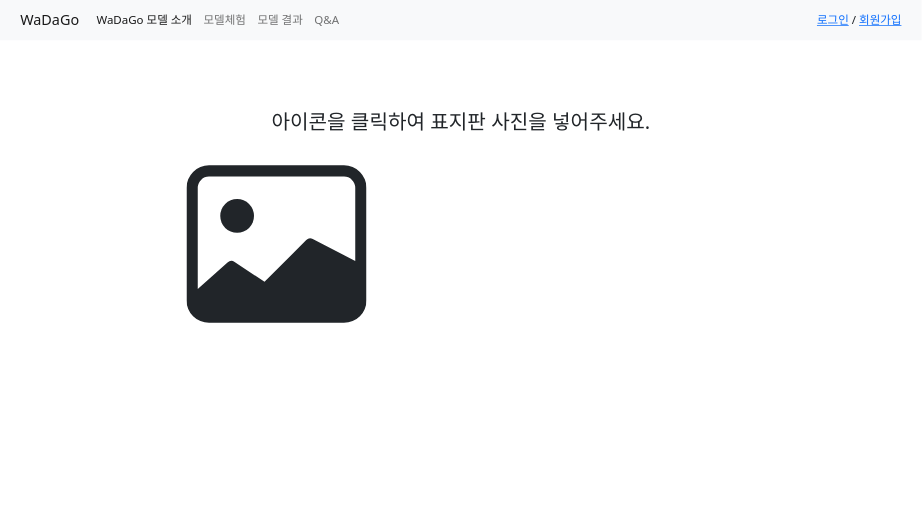
Repository: suchulchoi/Wadago_Project
Page: http://localhost/model/try
The author's editor kept a copy of each file at every save. The page is drawn from the files as they stood at one save, then again after the next save.
The browser window is 1280 px wide. The pictures show the whole page, at 72% of full size.
The page is this project's Thymeleaf template; nobody is signed in. The template is opened directly, without the code that normally fills it, so the values that code supplies are empty.

Above is the page before, as saved 2022-07-27 13:22:11.

After the next save:
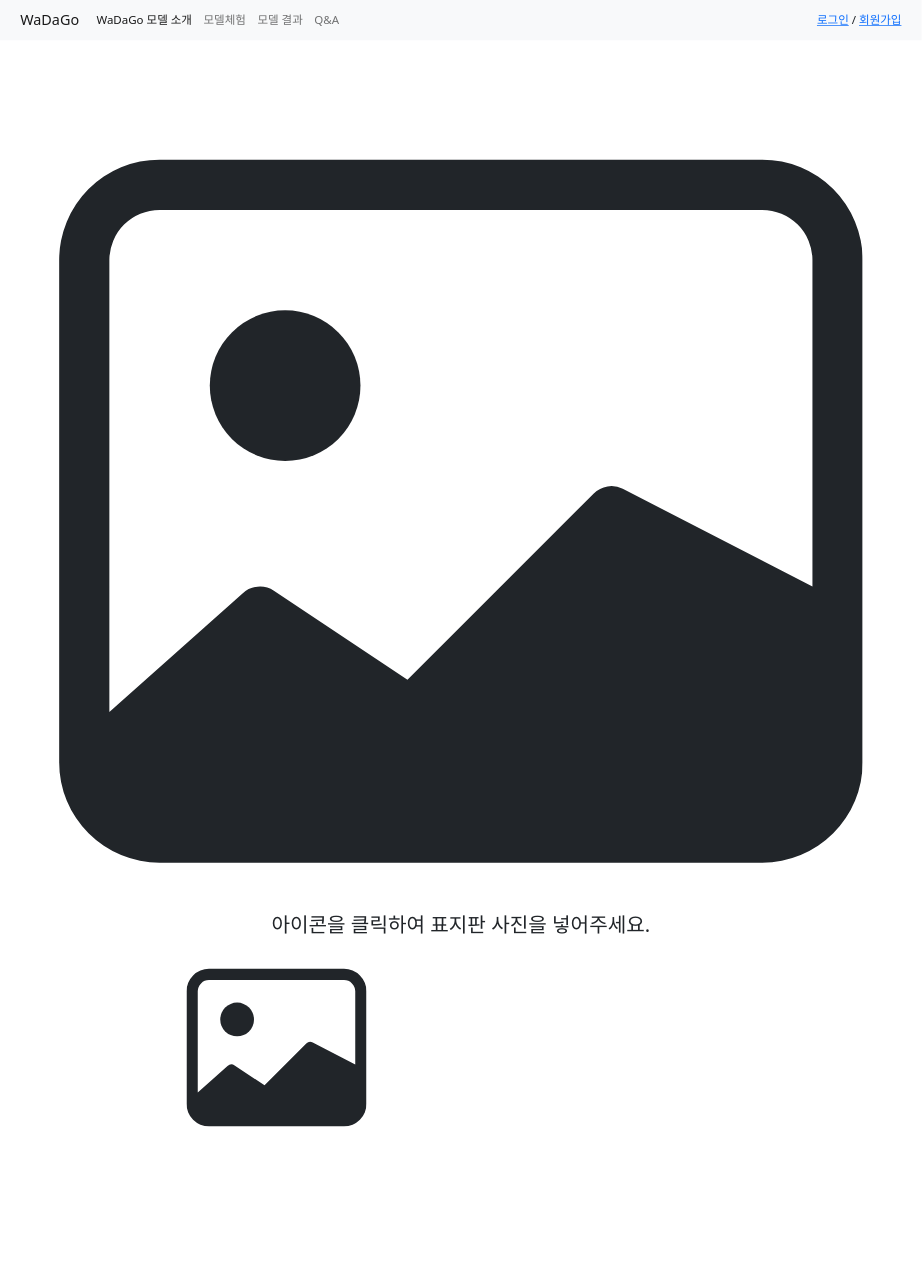
Saved 32 s later.
--- a/wadago_project/src/main/resources/templates/model/try.html
+++ b/wadago_project/src/main/resources/templates/model/try.html
@@ -46,7 +46,10 @@
 		<header th:insert="header_nav.html"></header>
 	    <div class="container">
 			<br><br><br><br>
-			<center><h3 id="title">아이콘을 클릭하여 표지판 사진을 넣어주세요.</h3></center>
+			<center><h3 id="title"><svg xmlns="http://www.w3.org/2000/svg" fill="currentColor" class="bi bi-image" viewBox="0 0 16 16">
+									  <path d="M6.002 5.5a1.5 1.5 0 1 1-3 0 1.5 1.5 0 0 1 3 0z"/>
+									  <path d="M2.002 1a2 2 0 0 0-2 2v10a2 2 0 0 0 2 2h12a2 2 0 0 0 2-2V3a2 2 0 0 0-2-2h-12zm12 1a1 1 0 0 1 1 1v6.5l-3.777-1.947a.5.5 0 0 0-.577.093l-3.71 3.71-2.66-1.772a.5.5 0 0 0-.63.062L1.002 12V3a1 1 0 0 1 1-1h12z"/>
+									</svg>아이콘을 클릭하여 표지판 사진을 넣어주세요.</h3></center>
 			<form th:action="@{insertImg}" method="post" name="update" enctype="multipart/form-data">
 			<div class="menuList">
 				<div class="imgMenu">
